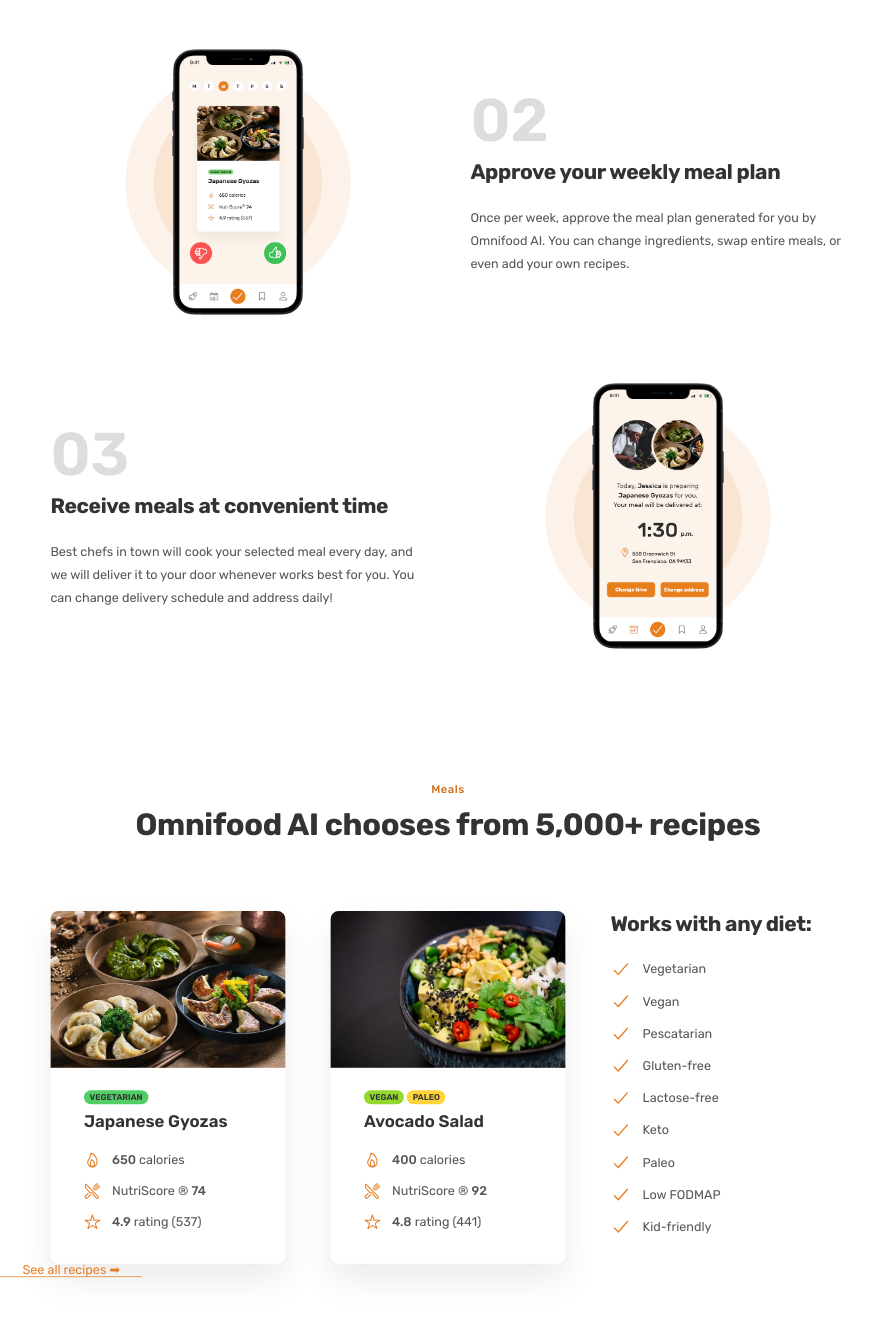
Repository: TranPhucThinh/Omnifood
Page: index.html
An editor plug-in stored every save of this project. The page is shown before and after a run of saves, followed by the edit.
The browser window is 1280 px wide. The pictures show the part of the page from y = 1629 to 3549 px (the page is 3549 px tall before and 3548 px after), at 70% of full size.

Above is the page before, as saved 2022-08-06 00:07:57.

After the next 2 saves:
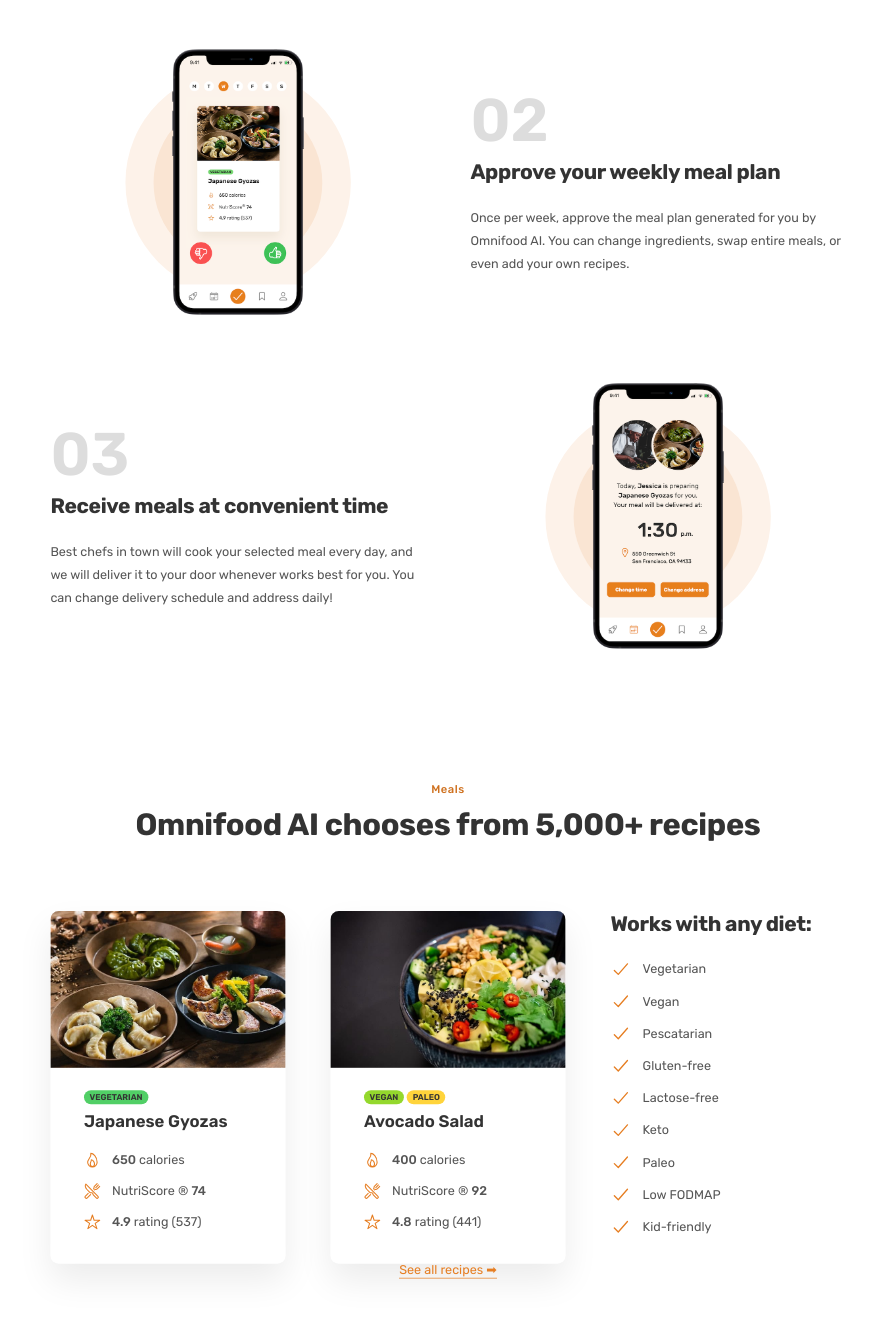
The 2 saves are shown as one change because they came seconds apart.
The last was saved 15 s later.
--- a/assets/styles/style.css
+++ b/assets/styles/style.css
@@ -274,13 +274,9 @@
   color: #e67e22;
 }
 
-.all-recipes {
-  display: inline-block;
+.link {
+  font-size: 1.8rem;
   border-bottom: 1px solid #e67e22;
-}
-
-.link {
-  font-size: 1.8rem;
   color: #e67e22;
   text-decoration: none;
 }
